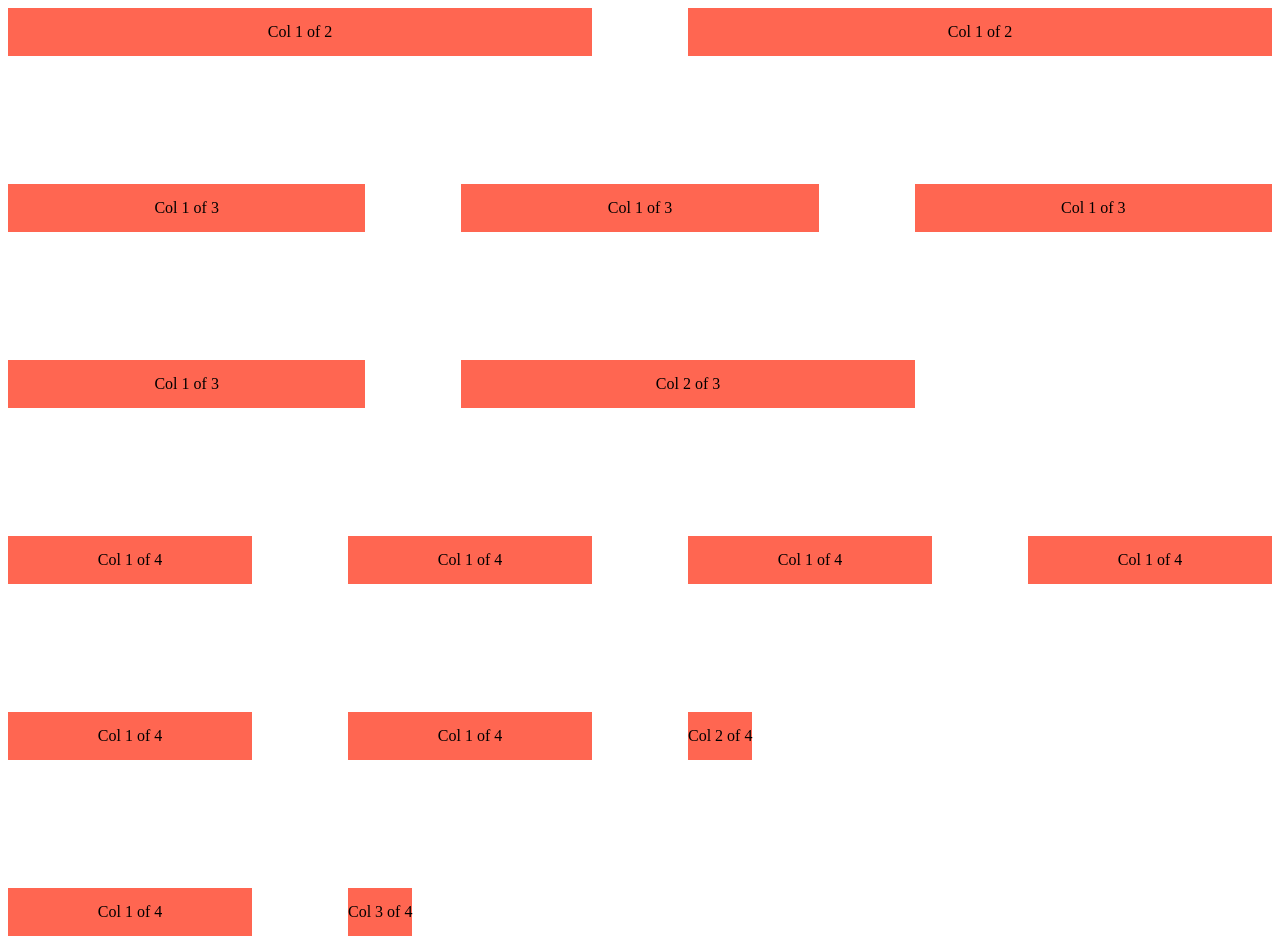
Repository: haokiet2501/grid-basic
Page: index.html
An editor plug-in stored every save of this project. The page is shown before and after a run of saves, followed by the edit.
The browser window is 1280 px wide. The pictures show the whole page.

Above is the page before, as saved 2022-08-11 18:59:47.

After the next 2 saves:
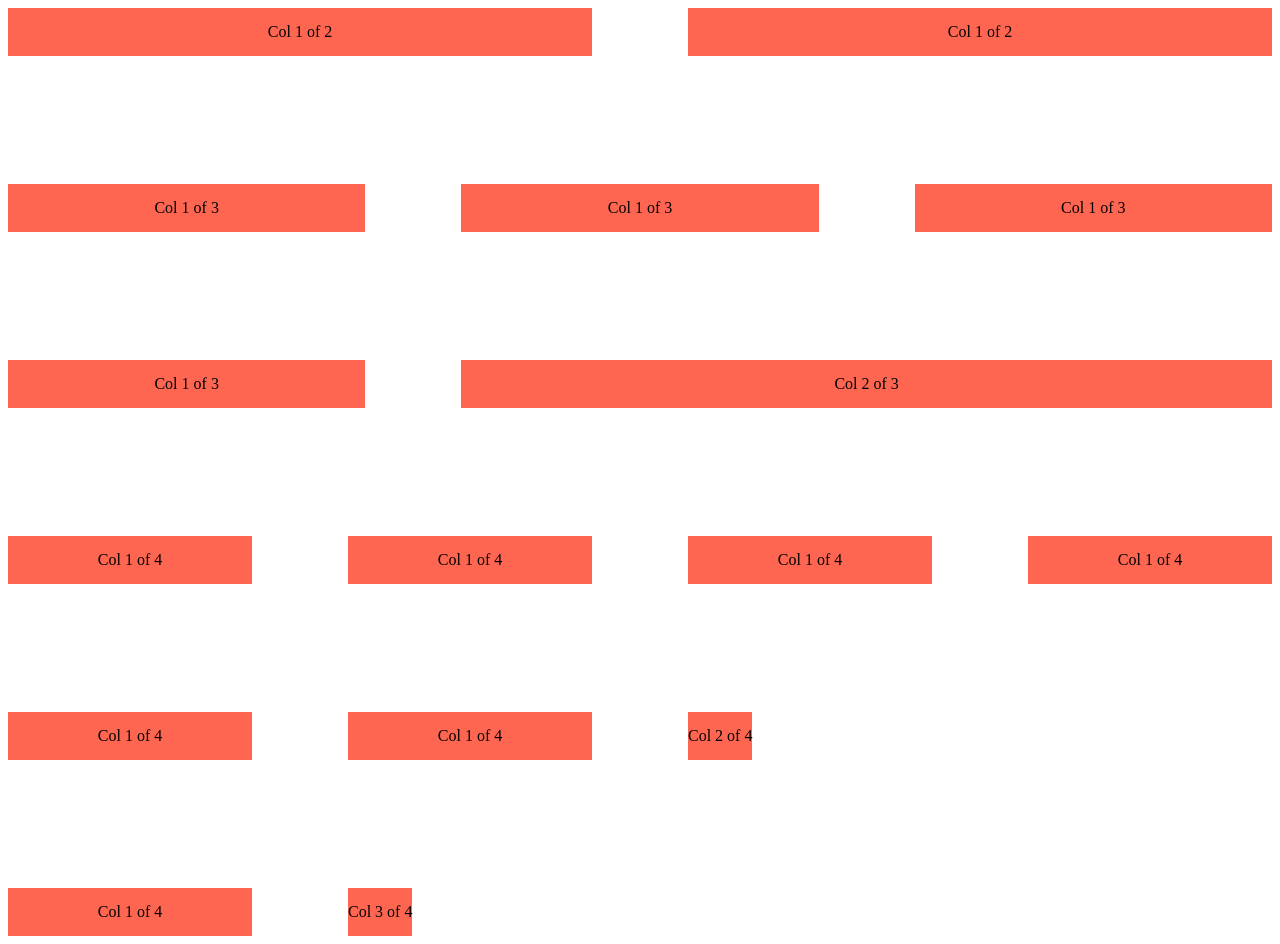
The 2 saves are shown as one change because they came seconds apart.
The last was saved 8 s later.
--- a/styles.css
+++ b/styles.css
@@ -39,7 +39,7 @@
 }
 
 .col-2-of-3 {
-    width: calc(((100% - 2 * var(--gutter-horizonal)) / 3) + var(--gutter-horizonal));
+    width: calc(2 * ((100% - 2 * var(--gutter-horizonal)) / 3) + var(--gutter-horizonal));
 }
 
 .col-1-of-4 {
